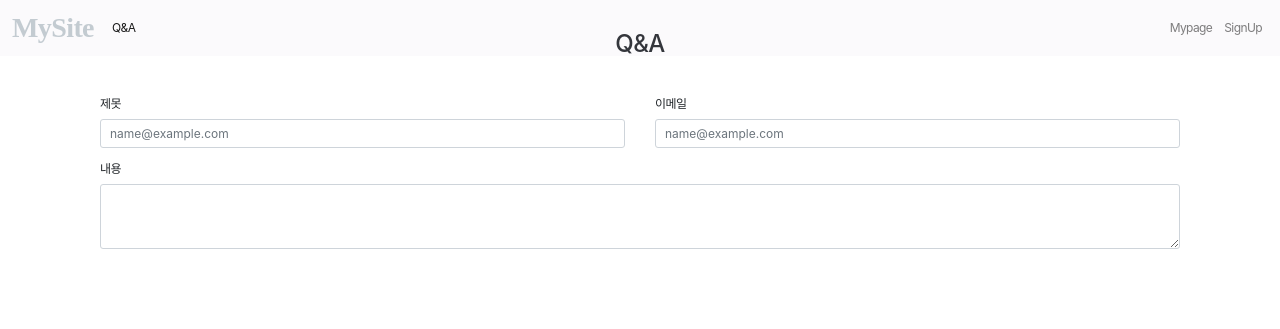
Repository: JungSWon/Project
Page: http://localhost/qna
The author's editor kept a record of every edit. The page is drawn from the files as they stood at one moment, then again after the next edit.
The browser window is 1280 px wide. The pictures show the whole page.
Some web fonts or font styles are not loaded; a fallback is used. The page is served by the project's application, run on Django 2.2 (pj05/manage.py).

Above is the page before.

After the next edit:
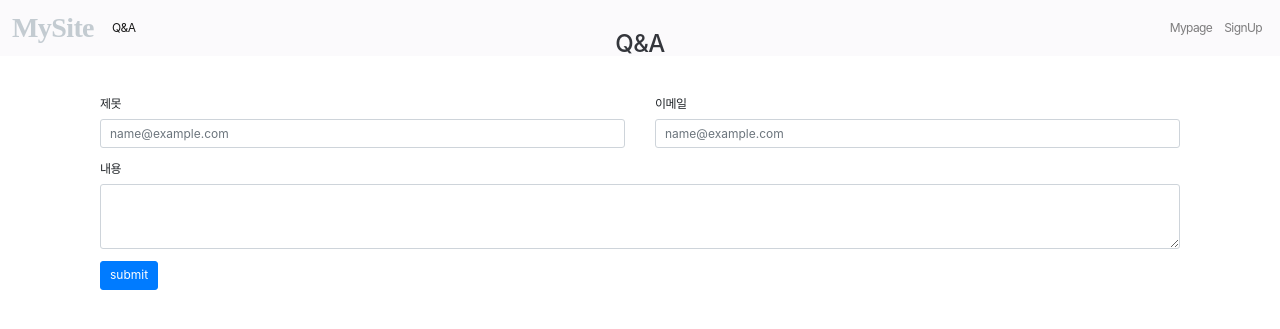
The edit:
--- a/05_detail/pj05/detail/templates/qna.html
+++ b/05_detail/pj05/detail/templates/qna.html
@@ -31,6 +31,7 @@
               <label for="exampleFormControlTextarea1">내용</label>
               <textarea class="form-control" id="exampleFormControlTextarea1" rows="3"></textarea>
             </div>
+            <button type="submit" class="btn btn-primary mb-2">submit</button>
         </div>
     </form>
 
